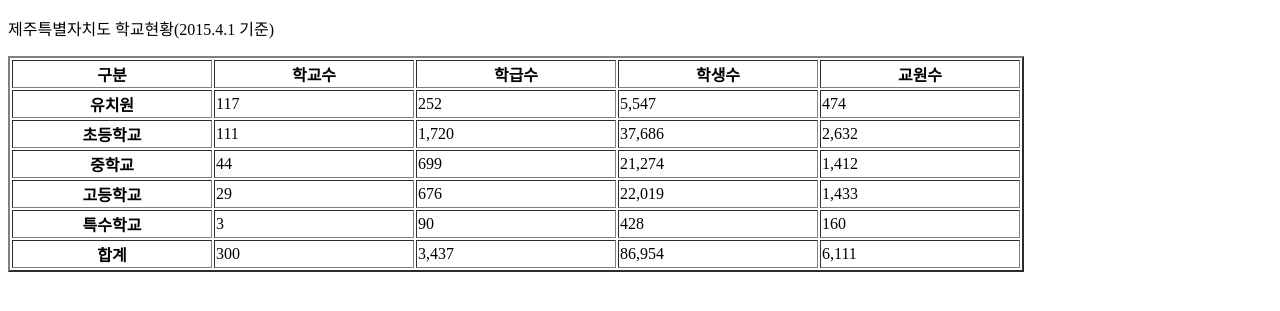
Repository: seulhwangbo/SeulJSP
Page: jspSrc17/webStandard01/src/main/webapp/02/table06.html
The author's editor kept a copy of each file at every save. The page is drawn from the files as they stood at one save, then again after the next save.
The browser window is 1280 px wide. The pictures show the whole page.

Above is the page before, as saved 2024-06-13 06:41:06.

### jspSrc17/webStandard01/src/main/webapp/02/table06.html
<!DOCTYPE html>
<html>
<head>
<meta charset="UTF-8">
<style type="text/css">
td.td{
padding: 20px;
}
th{
text-decoration:  strong;
}
</style>
<title>Insert title here</title>
</head>
<body>
	<p>제주특별자치도 학교현황(2015.4.1 기준)</p>
	<table border="2">
	<colgroup>
	<col style="width : 200px;">
	<col style="width : 200px;">
	<col style="width : 200px;">
	<col style="width : 200px;">
	<col style="width : 200px;">
	</colgroup>
		<tr>
			<th>구분</th>
			<th>학교수</th>
			<th>학급수</th>
			<th>학생수</th>
			<th>교원수</th>
		</tr>
		<tr>
			<th>유치원</th>
			<td>117</td>
			<td>252</td>
			<td>5,547</td>
			<td>474</td>
		</tr>
		<tr>
			<th>초등학교</th>
			<td>111</td>
			<td>1,720</td>
			<td>37,686</td>
			<td>2,632</td>
		</tr>
		<tr>
			<th>중학교</th>
			<td>44</td>
			<td>699</td>
			<td>21,274</td>
			<td>1,412</td>
		</tr>
		<tr>
			<th>고등학교</th>
			<td>29</td>
			<td>676</td>
			<td>22,019</td>
			<td>1,433</td>
		</tr>
		<tr>
			<th>특수학교</th>
			<td>3</td>
			<td>90</td>
			<td>428</td>
			<td>160</td>
		</tr>
		<tr>
			<th>합계</th>
			<td>300</td>
			<td>3,437</td>
			<td>86,954</td>
			<td>6,111</td>
		</tr>
	</table>
</body>
</html>

After the next save:
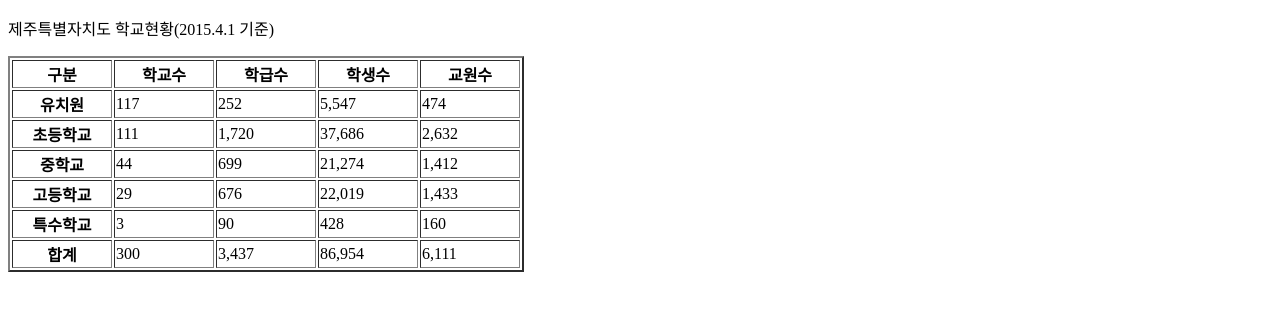
Saved 12 s later.
--- a/jspSrc17/webStandard01/src/main/webapp/02/table06.html
+++ b/jspSrc17/webStandard01/src/main/webapp/02/table06.html
@@ -16,11 +16,11 @@ text-decoration:  strong;
 	<p>제주특별자치도 학교현황(2015.4.1 기준)</p>
 	<table border="2">
 	<colgroup>
-	<col style="width : 200px;">
-	<col style="width : 200px;">
-	<col style="width : 200px;">
-	<col style="width : 200px;">
-	<col style="width : 200px;">
+	<col style="width : 100px;">
+	<col style="width : 100px;">
+	<col style="width : 100px;">
+	<col style="width : 100px;">
+	<col style="width : 100px;">
 	</colgroup>
 		<tr>
 			<th>구분</th>
